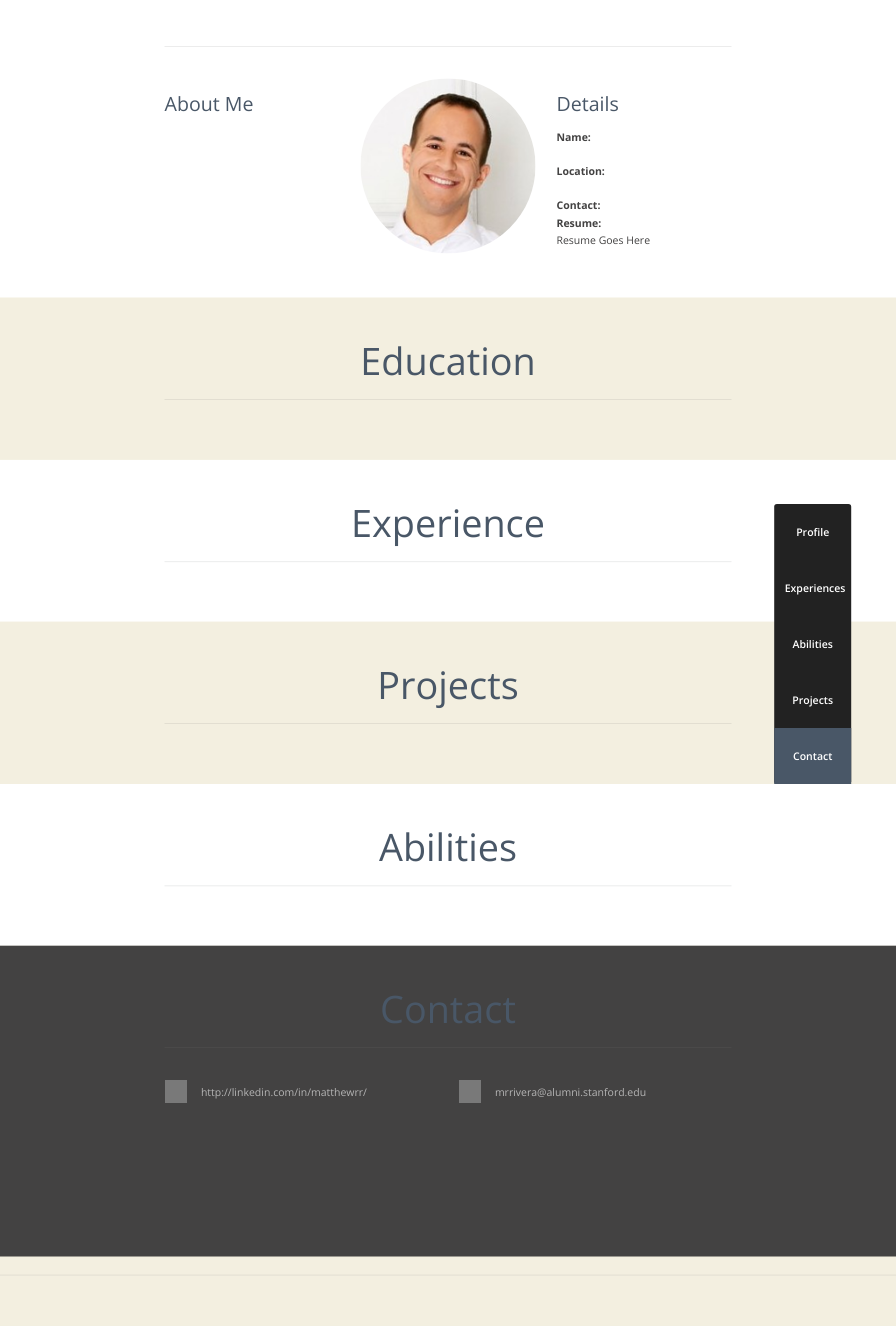
Repository: matthewrr/personal-website
Page: index/templates/index.html
The author's editor kept a record of every edit. The page is drawn from the files as they stood at one moment, then again after the next edit.
The browser window is 1280 px wide. The pictures show the whole page, at 70% of full size.
Pictures or frames that could not be fetched are drawn as grey boxes. The page is served by the project's application, run on Django 2.2 (manage.py). Other server files are loaded and not shown. The template is opened directly, without the code that normally fills it, so the values that code supplies are empty.

Above is the page before.
Console error: TypeError: Cannot read properties of undefined (reading 'top')

### index/templates/index.html
{% load staticfiles %}
<!DOCTYPE html>
<html lang="en">
	<head>

		<meta http-equiv="content-type" content="text/html; charset=UTF-8" />
		<meta http-equiv="content-script-type" content="text/javascript" />
		<meta http-equiv="content-style-type" content="text/css" />
		<meta http-equiv="content-language" content="nl" />

		<meta name="viewport" content="width=device-width, initial-scale=1.0" />

		<meta name="author" content="Matthew R. Rivera" />
		<!--<meta name="description" content="I'm Matthew R. Rivera, a software engineer and Python enthusiast." />-->
		<!--<meta name="keywords" content="Matthew Rivera, Python programmer, Software Engineer, Backend Developer, Startup, Interactive CV, Resume, CV, Django, Algorithms" />-->
		<meta name="robots" content="index, follow" />
		<meta name="revisit-after" content="14 days" />

		<title>Matthew Rivera - Software Engineer</title>

		<link href="https://fonts.googleapis.com/css?family=Open+Sans:300,400,600,700" rel="stylesheet" />
		<link rel="stylesheet" type="text/css" href="{% static 'index/css/bootstrap.min.css' %}" />
		<link rel="stylesheet" type="text/css" href="{% static 'index/css/style.css' %}" />

		<link rel="shortcut icon" href="/favicon.ico" type="image/x-icon" />
		<link rel="icon" href="/favicon.ico" type="image/x-icon" />
	</head>

	<body data-spy="scroll" data-target="#navbar-example">
		<!--<div id="top" class="jumbotron" data-position="center right">-->
		<!--	<div class="container">-->
		<!--		<h1>Matthew R. Rivera</h1>-->
		<!--		<p class="lead">Personal Website / Resume</p>-->
		<!--	</div>-->

		<!--	<div class="overlay"></div>-->

		<!--	<a href="#profile" class="scroll-down">	-->
		<!--		<img class="glyphicon" src="{% static "index/img/chevron-down.svg" %}" alt="Map Marker"/>-->
		<!--	</a>-->
		<!--</div>-->

		<nav class="navbar navbar-default" id="navbar-example" role="navigation">
			<!-- Brand and toggle get grouped for better mobile display -->
			<div class="navbar-header">
				<button type="button" class="navbar-toggle" data-toggle="collapse" data-target=".navbar-ex1-collapse">
					<span class="sr-only">Toggle navigation</span>
					<span class="icon-bar"></span>
					<span class="icon-bar"></span>
					<span class="icon-bar"></span>
				</button>
			</div>

			<!-- Collect the nav links, forms, and other content for toggling -->
			<div class="navbar-collapse navbar-ex1-collapse collapse">
				<ul class="nav navbar-nav">
					<li class="active"><a class="nav-link" href="#profile">Profile</a></li>
					<li><a class="nav-link" href="#experiences">Experiences</a></li>
					<li><a class="nav-link" href="#abilities">Abilities</a></li>
										<li><a href="#projects">Projects</a></li>
					<li><a href="#contact">Contact</a></li>
				</ul>
			</div><!-- /.navbar-collapse -->
		</nav>

		{% include 'sections/profile.html' %}
		{% include 'sections/education.html' %}
		{% include 'sections/experience.html' %}
		{% include 'sections/projects.html' %}
		{% include 'sections/abilities.html' %}
		{% include 'sections/contact.html' %}

		<div class="text-center">
			<iframe id="twitter-widget-1" scrolling="no" frameborder="0" allowtransparency="true" class="twitter-share-button twitter-share-button-rendered twitter-tweet-button" title="Twitter Tweet Button" src="http://platform.twitter.com/widgets/tweet_button.c633b87376883931e7436b93bb46a699.en.html#_=1452458429192&amp;dnt=false&amp;id=twitter-widget-1&amp;lang=en&amp;original_referer=http%3A%2F%2Fwebcache.googleusercontent.com%2Fsearch%3Fq%3Dcache%3AcRExpd3vwGsJ%3Awww.pascalvangemert.nl%2F%2B%26cd%3D1%26hl%3Den%26ct%3Dclnk%26gl%3Dnl%26lr%3Dlang_nl%257Clang_en&amp;size=m&amp;text=Pascal%20van%20Gemert%20-%20Web%20Developer%20-%20Interactive%20Resume&amp;type=share&amp;url=http%3A%2F%2Fpascalvangemert.nl%2F%3Fref%3Dtwitter&amp;via=pascalvgemert" style="position: static; visibility: visible; width: 62px; height: 20px;" data-url="http://pascalvangemert.nl/?ref=twitter"></iframe>
			<script>!function(d,s,id){var js,fjs=d.getElementsByTagName(s)[0],p=/^http:/.test(d.location)?'http':'https';if(!d.getElementById(id)){js=d.createElement(s);js.id=id;js.src=p+'://platform.twitter.com/widgets.js';fjs.parentNode.insertBefore(js,fjs);}}(document, 'script', 'twitter-wjs');</script>
		</div>

		<div class="modal fade" id="upgrade-dialog" tabindex="-1" role="dialog" aria-hidden="true">
			<div class="modal-dialog">
				<div class="modal-content">
					<div class="modal-header">
						<h4 class="modal-title">Your browser is out of date</h4>
					</div>
					<div class="modal-body">
						<p>To get the best possible experience using our site we recommend that you upgrade to a modern web browser. To download a newer web browser click on the Upgrade button.</p>
					</div>
					<div class="modal-footer">
						<a href="http://browsehappy.com/" target="_blank" class="btn btn-primary">Upgrade</a>
					</div>
				</div>
			</div>
		</div>
		<!-- Bootstrap core JavaScript -->
		<script type="text/javascript" src="{% static 'index/js/jquery.min.js' %}"></script>
		<script type="text/javascript" src="{% static 'index/js/script.js' %}"></script>
		<script type="text/javascript" src="{% static 'index/js/bootstrap.min.js' %}"></script>
	</body>
</html>

### index/templates/sections/profile.html
{% load staticfiles %}
<div class="background-white">
	<div id="profile" class="container">
		<h2>{{profile.name}}</h2>
		<p class="lead">{{profile.subtitle}}</p>
		<hr />
		<div class="row">
			<div class="col-md-4">
				<h3>About Me</h3>
				<p>{{profile.description}}</p>
			</div>
			<div class="col-md-4 text-center">
				<img src="/media/index/img/headshot.jpeg" alt="Matthew R. Rivera" width="246" height="246"/>
			</div>
			<div class="col-md-4">
				<h3>Details</h3>
				<p>
					<strong>Name:</strong><br />
					{{profile.name}}<br />
					<strong>Location:</strong><br />
					{{profile.location}}<br />
					<strong>Contact:</strong><br />
					{{profile.email}}
					<strong>Resume:</strong><br />
					Resume Goes Here
				</p>
			</div>
		</div>
	</div>
</div>

### index/templates/sections/education.html
{% load staticfiles %}

<div id="experiences" class="container">
	<h2>Education</h2>
	<hr />
	<div class="experiences">
	{% for edu in education %}
		<div class="experience row">
			<div class="col-md-5">
				<h4>{{edu.school}}</h4>
				<p class="experience-period">
					{{edu.start_date|date:"M Y"}} - {{edu.end_date|date:"M Y"}}
				</p>
			</div>
			<div class="col-md-7">
				<p>
					<strong>{{edu.degree}} - {{edu.subject}}</strong>
					<span class="hidden-phone">
						{{edu.description}}
					</span>
					<span class="experience-details">
						<span class="location">
							<img src="{% static "index/img/location.svg" %}" alt="Map Marker"/ >
							<a>{{edu.location}}</a>
						</span>
					</span>
				</p>
			</div>
		</div>
	{% endfor %}
	</div>
</div>

### index/templates/sections/experience.html
{% load staticfiles %}
<!--<h3>Careers</h3>-->
<div class="background-white">
	<div id="experiences" class="container">
		<h2>Experience</h2>
		<hr />
		<div class="experiences">
		{% for experience in experiences %}
			<div class="experience row">
				<div class="col-md-4">
					<h4>{{experience.company}}</h4>
					<p class="experience-period">
						{{experience.start_date|date:"M Y"}} - {{experience.end_date|date:"M Y"}}
					</p>
				</div>
				<div class="col-md-8">
					<p>
						<strong>{{experience.title}}</strong>
						<span class="hidden-phone">{{experience.description}}</span>
						<span class="experience-details">
							<span class="location">
								<img src="{% static "index/img/location.svg" %}" alt="Map Marker"/>
								{{experience.location}}
							</span>
						</span>
					</p>
				</div>
			</div>
		{% endfor %}
		</div>
	</div>
</div>

### index/templates/sections/projects.html
{% load staticfiles %}

<div id="projects" class="container">
	<h2>Projects</h2>
	<hr />
	{% for category,projects in all_projects.items %}
	<div class="row">
		<h3>{{category|capfirst}}</h3>
		{% for project in projects %}
		<div class="col-md-6 col-sm-12 col-xs-12">
			<figure class="effect">
				<img src="{% static 'index/img/star.svg' %}" alt="TBD" />
				<figcaption>
					<h3>{{project.title}}</h3>
					<p>{{project.description}}</p>
					<a href="{{project.link}}" target="_blank">View more</a>
					<span class="icon">
						<span class="glyphicon glyphicon-new-window"></span>
					</span>
				</figcaption>
			</figure>
		</div>
		{% endfor %}
	</div>
	{% endfor %}

	<!--<script src="https://cdn.rawgit.com/IonicaBizau/github-calendar/gh-pages/dist/github-calendar.min.js"></script>-->

	<!-- Optionally, include the theme (if you don't want to struggle to write the CSS) -->
	<!--<link rel="stylesheet" href="https://cdn.rawgit.com/IonicaBizau/github-calendar/gh-pages/dist/github-calendar.css" />-->
	<!--<div class="calendar" style="display:none;">Loading the data just for you.</div>-->
	<!--<script>-->
	<!--    GitHubCalendar(".calendar", "matthewrr");-->
	<!--</script>-->
 </div>

### index/templates/sections/abilities.html
{% load staticfiles %}
<div class="background-white">
	<div id="abilities" class="container">
		<h2>Abilities</h2>
		<hr />
		<div class="row">
			{% for category,abilities in all_abilities.items %}
			<div class="col-md-6">
				<h3>{{category|capfirst}}</h3>
				<ul class="no-bullets">
					{% for ability in abilities %}
						<li>
							<span class="ability-title">{{ability.description}}</span>
							<span class="ability-score">
								{% for i in '12345' %}
									{% if forloop.counter <= ability.skill_level %}
										<img class="filled" src="{% static "index/img/star.svg" %}" alt="Filled Star"/>
									{% else %}
										<img class="filled" src="{% static "index/img/empty-star.svg" %}" alt="Unfilled Star"/>
									{% endif %}
								{% endfor %}
							</span>
						</li>
					{% endfor %}
				</ul>
			</div>
		{% endfor %}
		</div>
	</div>
</div>

### index/templates/sections/contact.html
{% load staticfiles %}
<div class="background-gray">
	<div id="contact" class="container">
		<h2>Contact</h2>
		<hr />

		<div class="row">
			<div class="col-md-6">
				<ul class="no-bullets">
					<li>
						<a href="http://linkedin.com/in/matthewrr/" target="_blank">
							<span class="icon icon-linkedin"></span>
							http://linkedin.com/in/matthewrr/				</a>
					</li>
				</ul>
			</div>
			<div class="col-md-6">
				<ul class="no-bullets">
					<li>
						<a href="mailto:mrrivera@alumni.stanford.edu">
							<span class="icon icon-email"></span>
							<span style="unicode-bidi:bidi-override; direction: rtl;">
								ude.drofnats.inmula@arevirrm					</span>
						</a>
					</li>
				</ul>
			</div>
		</div>
	</div>
</div>
<hr />

### mysite/urls.py
"""blog URL Configuration

The `urlpatterns` list routes URLs to views. For more information please see:
    https://docs.djangoproject.com/en/2.0/topics/http/urls/
Examples:
Function views
    1. Add an import:  from my_app import views
    2. Add a URL to urlpatterns:  path('', views.home, name='home')
Class-based views
    1. Add an import:  from other_app.views import Home
    2. Add a URL to urlpatterns:  path('', Home.as_view(), name='home')
Including another URLconf
    1. Import the include() function: from django.urls import include, path
    2. Add a URL to urlpatterns:  path('blog/', include('blog.urls'))
"""
from django.conf import settings
from django.conf.urls import include,url
from django.conf.urls.static import static
from django.contrib import admin
from django.urls import path
from .views import redirect_root
from . import views

urlpatterns = [
    path('admin/', admin.site.urls),
    # url(r'^index/', views.index, name='home'),
    url(r'^$', redirect_root),
    url(r'', include('blog.urls')),
    url(r'', include('projects.urls')),
    url(r'', include('index.urls')),
]

if settings.DEBUG:
    urlpatterns = urlpatterns + static(settings.STATIC_URL, document_root=settings.STATIC_ROOT)
    urlpatterns = urlpatterns + static(settings.MEDIA_URL, document_root=settings.MEDIA_ROOT)

### blog/urls.py
from django.conf.urls import url
from . import views

urlpatterns = [
    url(r'^blog/', views.post_list, name='post_list'),

]

### projects/urls.py
from django.conf.urls import url
from . import views

urlpatterns = [
    url(r'^projects/', views.project_list, name='project_list'),

]

### index/urls.py
from django.conf.urls import url
from . import views

urlpatterns = [
    url(r'^index/', views.index, name='index'),

]

Loaded but not shown: index/static/index/css/bootstrap.min.css (library); index/static/index/js/jquery.min.js (library); index/static/index/js/bootstrap.min.js (library); index/static/index/js/script.js (204 lines, source omitted); index/static/index/css/style.css (409 lines, source omitted)

After the next edit:
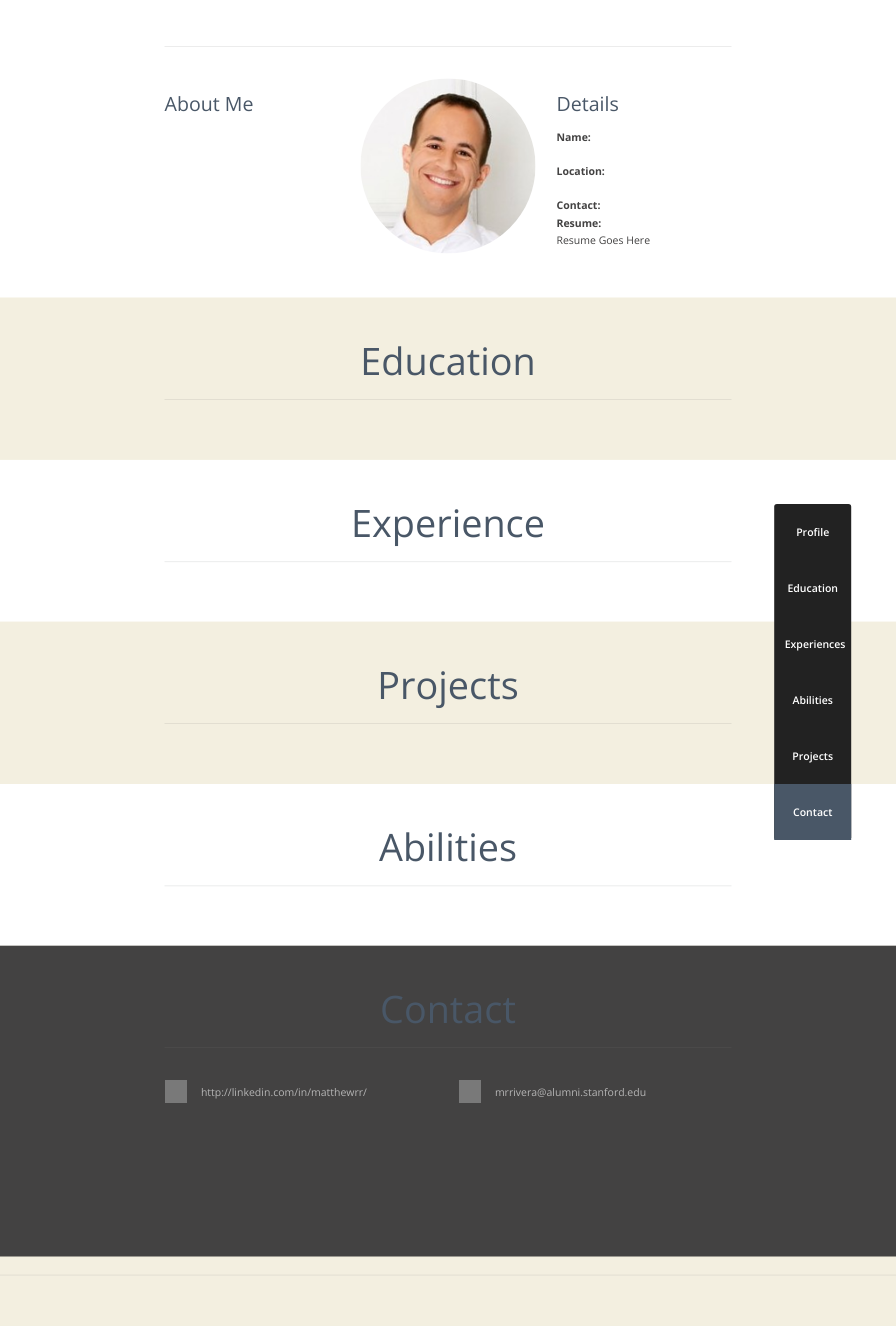
The edit:
--- a/index/templates/index.html
+++ b/index/templates/index.html
@@ -55,6 +55,7 @@
 			<div class="navbar-collapse navbar-ex1-collapse collapse">
 				<ul class="nav navbar-nav">
 					<li class="active"><a class="nav-link" href="#profile">Profile</a></li>
+					<li><a class="nav-link" href="#education">Education</a></li>
 					<li><a class="nav-link" href="#experiences">Experiences</a></li>
 					<li><a class="nav-link" href="#abilities">Abilities</a></li>
 										<li><a href="#projects">Projects</a></li>
